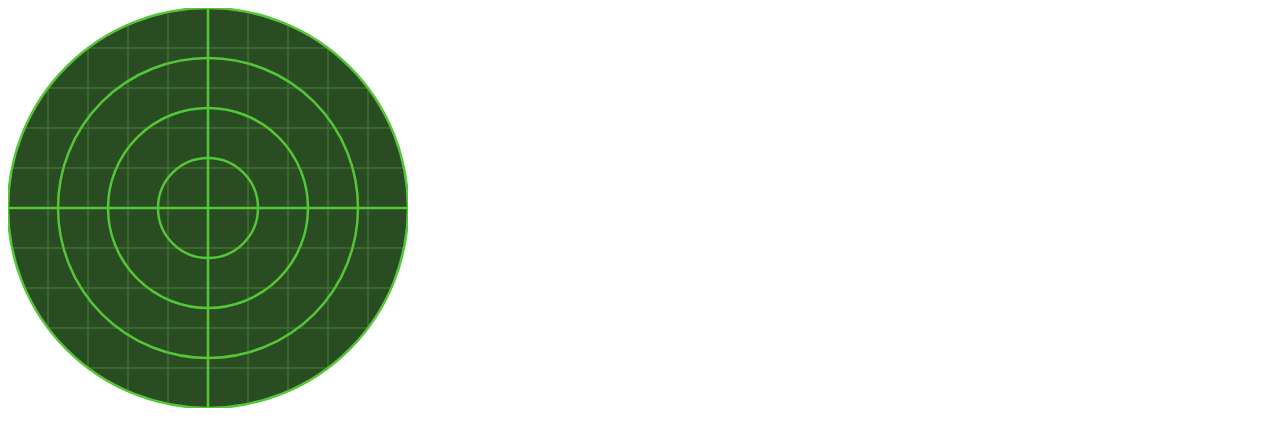
Repository: pedro-mancano/ProjetoCDM204
Page: scripts/radar.html
An editor plug-in stored every save of this project. The page is shown before and after the next save, followed by the edit.
The browser window is 1280 px wide. The pictures show the whole page.

Above is the page before, as saved 2024-11-27 08:38:49.

### scripts/radar.html
<html>

<head>
  <title>Radars</title>
  <link rel="stylesheet" type="text/css" href="./radar.css">
</head>

<body>
  <div class="radar">
    <canvas id="radarCanvas" width="400" height="400"></canvas>
  </div>
  <script src="./radar.js"></script>

</html>

### scripts/radar.js
const canvas = document.getElementById('radarCanvas');
const ctx = canvas.getContext('2d');
let lastDraw = performance.now();

function draw(elapsed) {
  ctx.clearRect(0, 0, canvas.width, canvas.height);

  const height = canvas.height;
  const width = canvas.width;
  const R = canvas.height / 2;


  // Draw the radar circle
  ctx.fillStyle = '#294c22';
  ctx.beginPath();
  ctx.arc(R, R, 200, 0, 2 * Math.PI);
  ctx.fill();

  //
  ctx.strokeStyle = '#3a682e';
  ctx.lineWidth = 1;
  for (let i = 0; i < 2 * R; i += R / 5) {
    for (let j = 0; j < 2 * R; j += R / 5) {
      ctx.beginPath();
      ctx.moveTo(i, 0);
      ctx.lineTo(i, 2 * R);
      ctx.stroke();
      ctx.beginPath();
      ctx.moveTo(0, j);
      ctx.lineTo(2 * R, j);
      ctx.stroke();
    }
  }

  // Clear the outside circle
  ctx.globalCompositeOperation = 'destination-in';
  ctx.fillStyle = '#FFFFFF';
  ctx.beginPath();
  ctx.arc(R, R, 200, 0, 2 * Math.PI);
  ctx.fill();
  ctx.globalCompositeOperation = 'source-over';


  // Draw grid lines (4 lines, 90 degrees apart)
  ctx.strokeStyle = '#54c638';
  ctx.lineWidth = 2.5;
  for (let i = 0; i < 360; i += 90) {
    ctx.beginPath();
    ctx.moveTo(R, R);
    ctx.lineTo(R + 200 * Math.cos(i * Math.PI / 180), R + 200 * Math.sin(i * Math.PI / 180));
    ctx.stroke();
  }

  // Circle outlines 5
  for (let i = 0; i < 5; i++) {
    ctx.beginPath();
    ctx.arc(R, R, R / 4 * i, 0, 2 * Math.PI);
    ctx.stroke();
  }
}

function drawLoop() {
  draw(performance.now() - lastDraw);
  lastDraw = performance.now();
  requestAnimationFrame(drawLoop);
}

requestAnimationFrame(drawLoop);

Loaded but not shown: scripts/radar.css (no stored copy; drawn as an empty file)

After the next save:
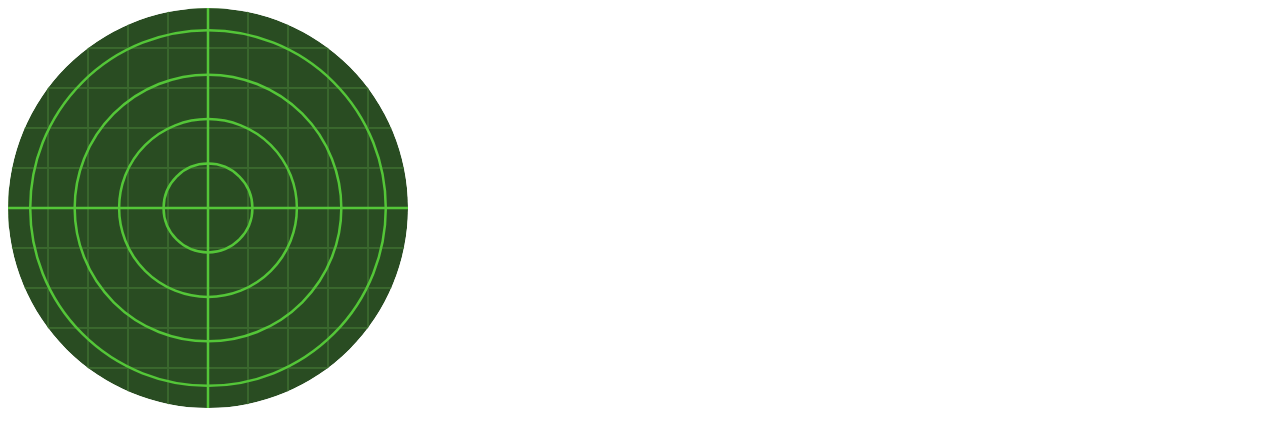
Saved 5 s later.
--- a/scripts/radar.js
+++ b/scripts/radar.js
@@ -54,7 +54,7 @@ function draw(elapsed) {
   // Circle outlines 5
   for (let i = 0; i < 5; i++) {
     ctx.beginPath();
-    ctx.arc(R, R, R / 4 * i, 0, 2 * Math.PI);
+    ctx.arc(R, R, R / 4.5 * i, 0, 2 * Math.PI);
     ctx.stroke();
   }
 }
